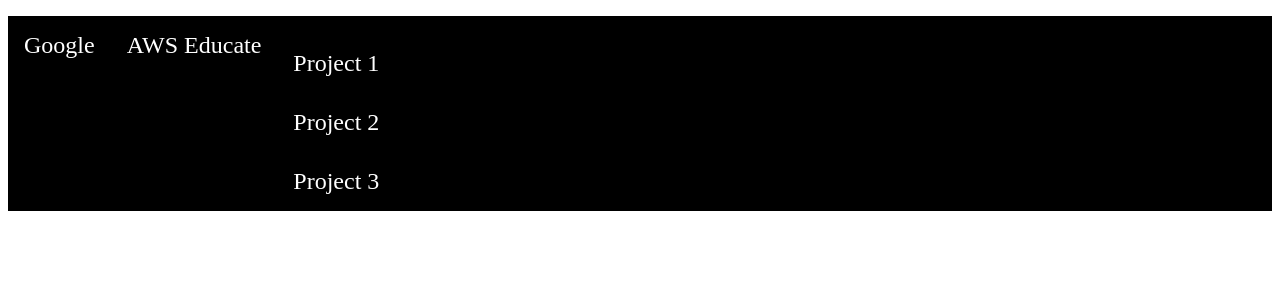
Repository: jakemj/jakemj.github.io
Page: index.html
The author's editor kept a record of every edit. The page is drawn from the files as they stood at one moment, then again after the next edit.
The browser window is 1280 px wide. The pictures show the whole page.

Above is the page before.

### index.html
<!DOCTYPE html>
<html>
    <head>
    <title>Home</title>
    <style>

        .navbar{
            list-style: none;
            background-color: black;
            overflow: hidden;
            padding: 0;
        }

        .navbar a, dropdown div{
            text-decoration: none;
            color: white;
            font-size: 24px;
            padding: 16px;
            display:inline-block;

        }
        .navbar li{
            float: left;
        }

        .navbar li:hover{
            background-color: pink;
        }

        .dropdown-content{
            list-style: none;
            padding: 0;
        }

        .dropdown-content li{
            float: none;
        }

        .dropdown:hover .dropdown-content{
            display: block;
        }
    </style>
    </head>
    <body>
      <ul class="navbar">
        <li><a href="https://google.com">Google</a></li>
        <li><a href="https://awseducate.com">AWS Educate</a></li>
        <li class = "dropdown">
            <div>More Links</div>
            <ul class="dropdown-content">
            <li><a href="#">Project 1</a></li>
            <li><a href="#">Project 2</a></li>
            <li><a href="#">Project 3</a></li>
        </ul>



    </li>

    </ul>


    </body>
</html>

After the next edit:
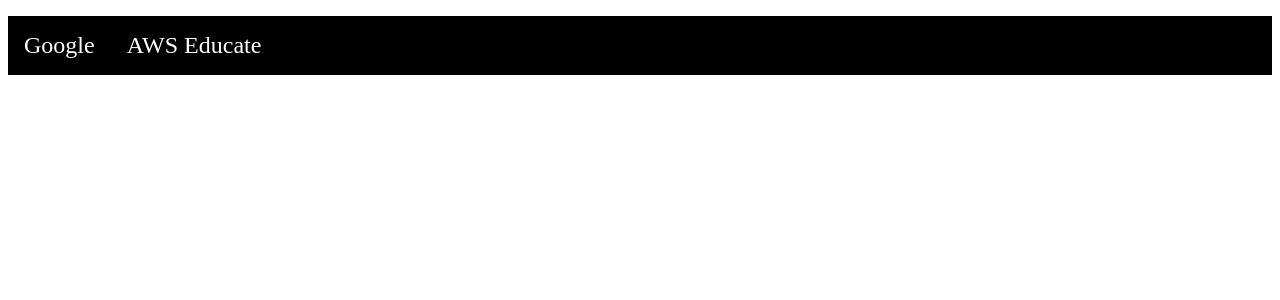
The edit:
--- a/index.html
+++ b/index.html
@@ -30,6 +30,10 @@
         .dropdown-content{
             list-style: none;
             padding: 0;
+            display: none;
+            position: absolute;
+            z-index: 1;
+            background-color: black;
         }
 
         .dropdown-content li{
